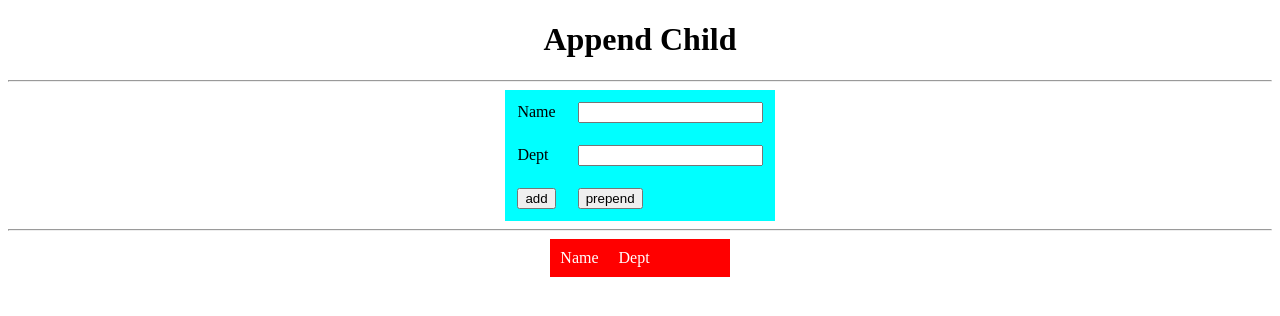
Repository: abhishekj720/HSBCLearn
Page: gagan/JEE/JSDemo/WebContent/AppendChild.html
The author's editor kept a copy of each file at every save. The page is drawn from the files as they stood at one save, then again after the next save.
The browser window is 1280 px wide. The pictures show the whole page.

Above is the page before, as saved 2019-07-30 10:18:09.

### gagan/JEE/JSDemo/WebContent/AppendChild.html
<!DOCTYPE html>
<html>
<head>
<meta charset="ISO-8859-1">
<title>Insert title here</title>
<script>
  function addRow(){
	  var name = document.getElementById("txtname").value;
	  var dept = document.getElementById("txtdept").value;
	  var elem = document.createElement("tr");
	  var data = "<td>" + name + "</td><td>" + dept + "</td>";
	  elem.innerHTML = data;
	  document.getElementById("tbl1").appendChild(elem);
  }

  function prependRow(){
	  var name = document.getElementById("txtname").value;
	  var dept = document.getElementById("txtdept").value;
	  var elem = document.createElement("tr");
	  var data = "<td>" + name + "</td><td>" + dept + "</td>";
	  data += "<td><input type='button' value = 'remove' onclick = 'removeRow(this)'/></td>";
	  elem.innerHTML = data;
	  document.getElementById("tbl1").prependChild(elem);

  }


</script>

</head>
<body>
	<h1 style="text-align: center">Append Child</h1>
	<hr />

	<table cellpadding="10" bgcolor="cyan" style="margin: 0px auto">
		<tr>
			<td>Name</td>
			<td><input type="text" id="txtname" /></td>
		</tr>
		<tr>
			<td>Dept</td>
			<td><input type="text" id="txtdept" /></td>
		</tr>
		<tr>
			<td><input type="button" value="add" onclick="addRow()"/></td>
			<td><input type="button" value="prepend" onclick="addRow()"/></td>
		</tr>
	</table>
	<hr />
	<table cellpadding="10" bgcolor="#708090" cellspacing="0" style="margin: 0px auto; color:white">
		<thead>
		<tr bgcolor="red">
				<td>Name</td>
				<td>Dept</td>
				<td style = "width:50px">&nbsp;</td>
			</tr>
		</thead>

		<tbody id="tbl1">

		</tbody>
	</table>

</body>
</html>

After the next save:
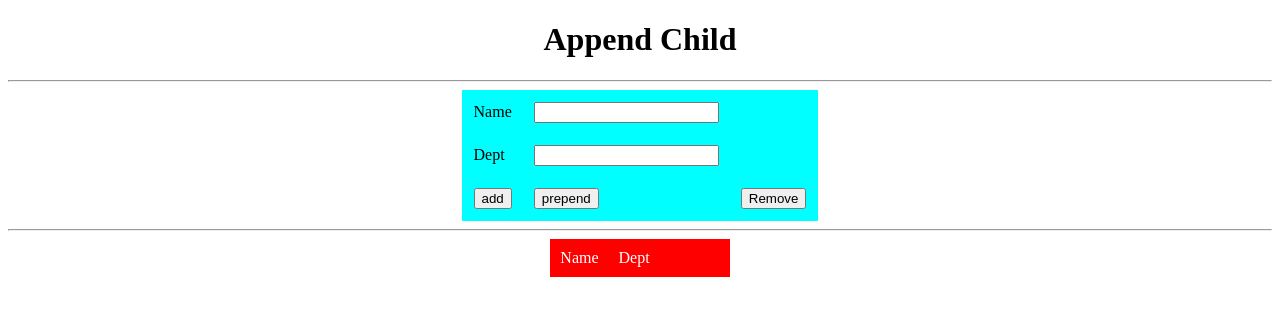
Saved 11 s later.
--- a/gagan/JEE/JSDemo/WebContent/AppendChild.html
+++ b/gagan/JEE/JSDemo/WebContent/AppendChild.html
@@ -44,6 +44,7 @@
 		<tr>
 			<td><input type="button" value="add" onclick="addRow()"/></td>
 			<td><input type="button" value="prepend" onclick="addRow()"/></td>
+			<td><input type="button" value="Remove" onclick="addRow()"/></td>
 		</tr>
 	</table>
 	<hr />

After the save that followed:
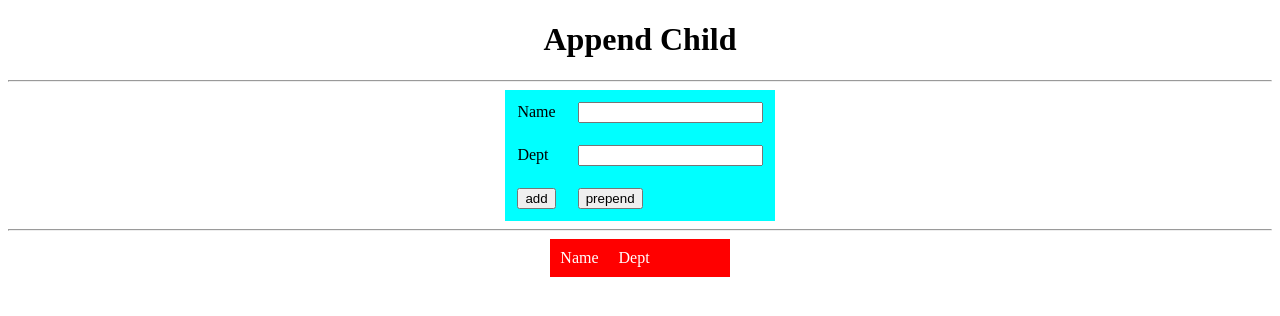
Saved 35 s later.
--- a/gagan/JEE/JSDemo/WebContent/AppendChild.html
+++ b/gagan/JEE/JSDemo/WebContent/AppendChild.html
@@ -44,7 +44,7 @@
 		<tr>
 			<td><input type="button" value="add" onclick="addRow()"/></td>
 			<td><input type="button" value="prepend" onclick="addRow()"/></td>
-			<td><input type="button" value="Remove" onclick="addRow()"/></td>
+
 		</tr>
 	</table>
 	<hr />
